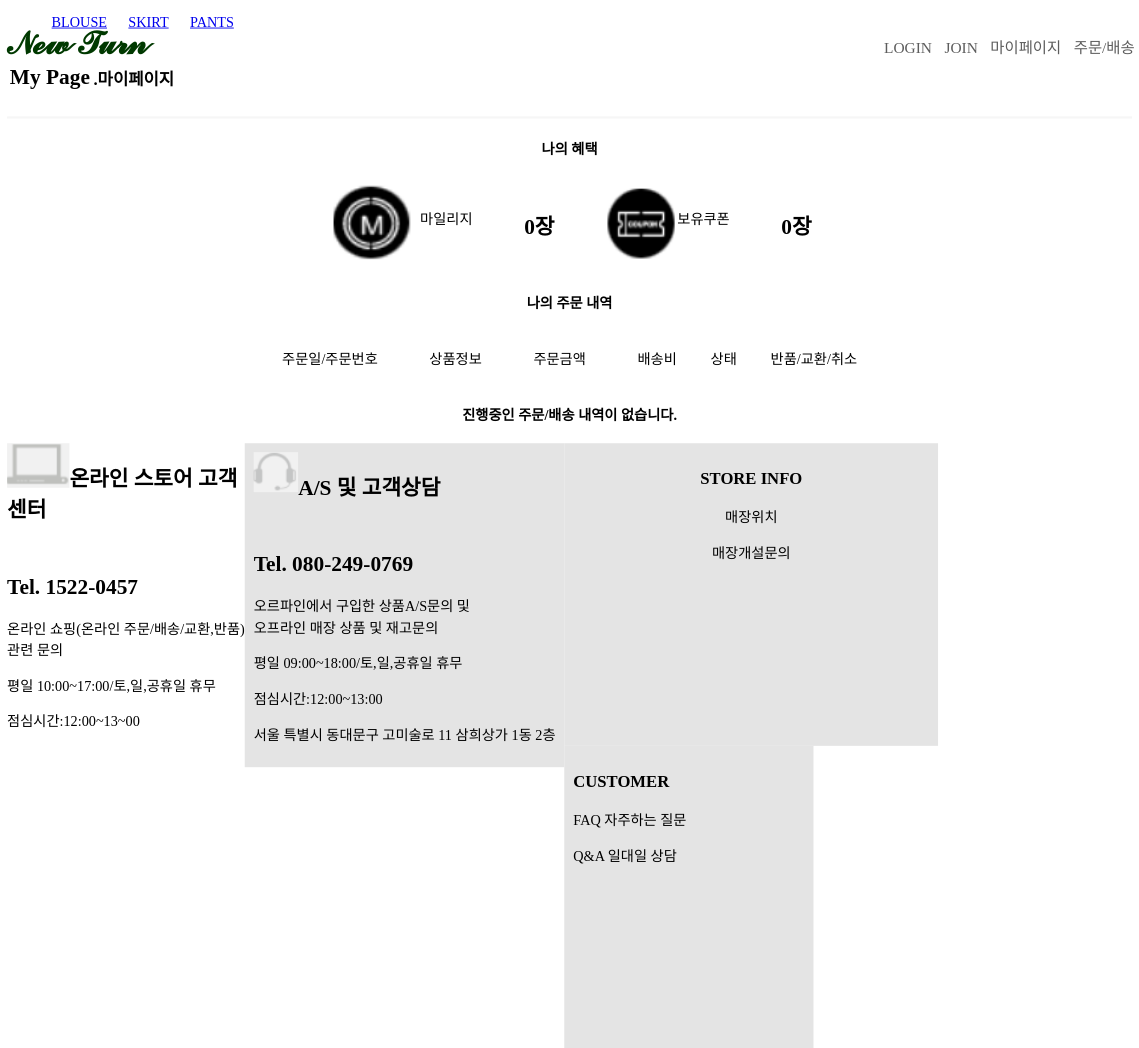
Repository: won0108/Port-Folio
Page: Creating_Homepage/Shopping/WebContent/마이페이지.html
An editor plug-in stored every save of this project. The page is shown before and after the next save, followed by the edit.
The browser window is 1280 px wide. The pictures show the whole page, at 89% of full size.

Above is the page before, as saved 2020-12-03 08:16:56.

After the next save:
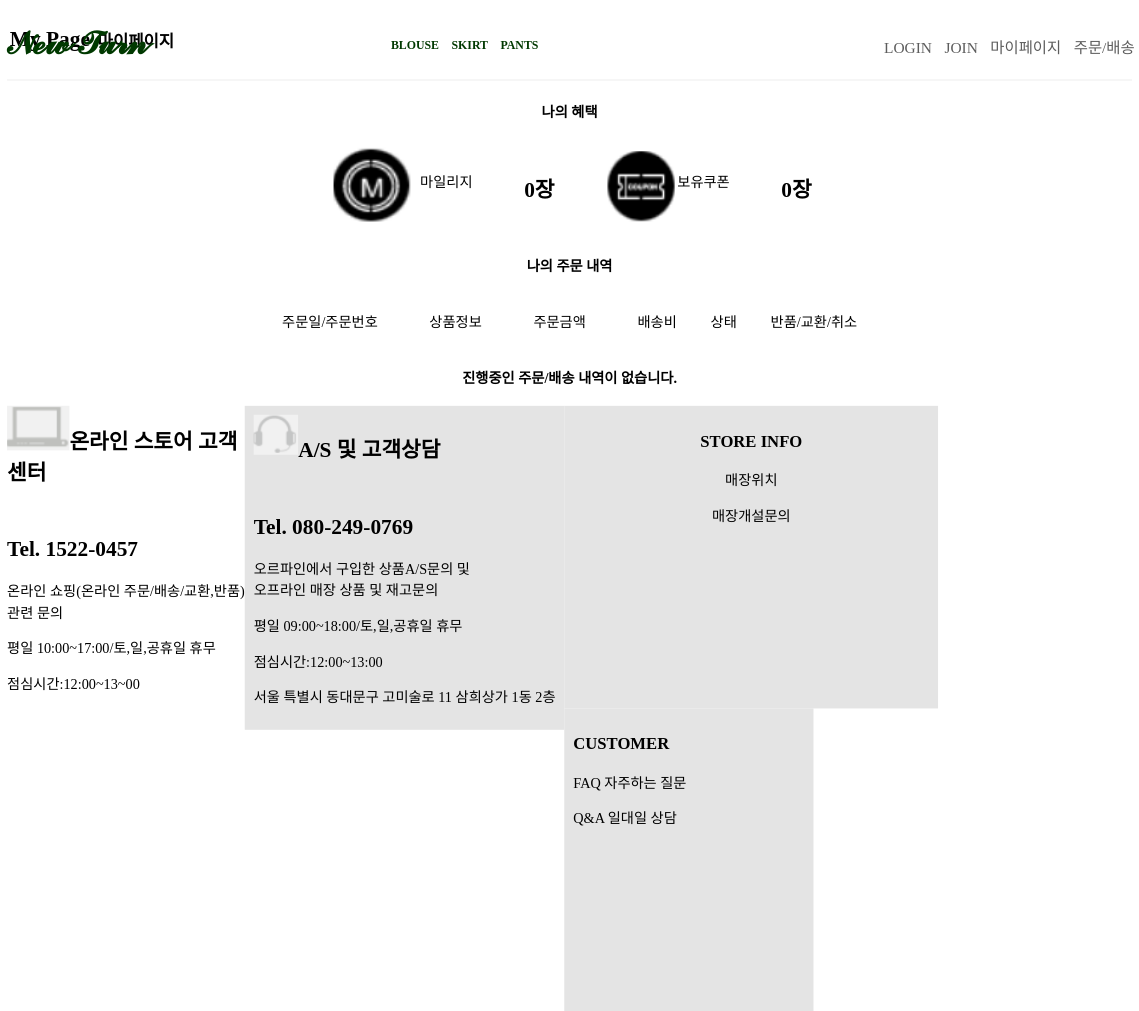
Saved 34 s later.
--- a/Creating_Homepage/Shopping/WebContent/마이페이지.html
+++ b/Creating_Homepage/Shopping/WebContent/마이페이지.html
@@ -59,10 +59,13 @@
   <a href="회원가입 창.html">JOIN</a>
   <a href="마이페이지.html">마이페이지</a>
   <a href="">주문/배송</a></div>
- <ul>
- <a href="C:\Users\samsung\Desktop\쇼핑몰\top.html"style="padding:10px;">BLOUSE</a>
- <a href="C:\Users\samsung\Desktop\쇼핑몰\skirt.html"style="padding:10px;">SKIRT</a>
- <a href="C:\Users\samsung\Desktop\쇼핑몰\pants.html"style="padding:10px;">PANTS</a> </ul>
+ <div id="categ">
+		<ul>
+			<li><a href="top.html">BLOUSE</a></li>
+			<li><a href="skirt.html">SKIRT</a></li>
+			<li><a href="pants.html">PANTS</a></li>
+		</ul>
+	</div>
 <table id="special"><tr><td> <h2 style="font-weight:bold;">My Page</h2></td><td>
 <h3>.마이페이지</h3></div></td></tr></table>
 <hr/ color="#F6F6F6">
